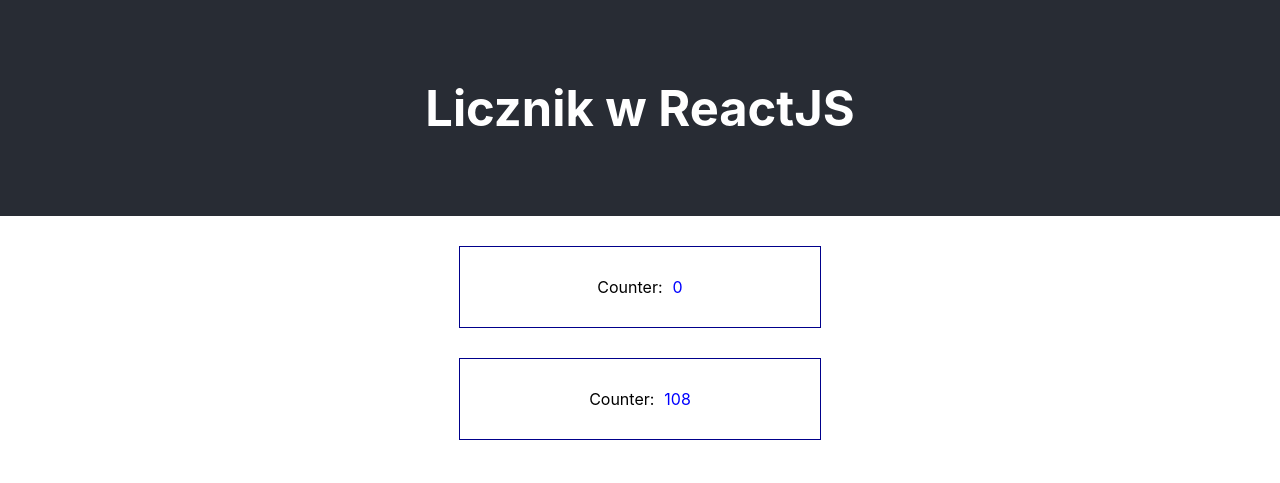
Repository: magdaf41/react-counter-app
Page: /
These files come from the project's save history. The page is drawn as it stood at one moment and after a run of saves; the edit follows.
The browser window is 1280 px wide. The pictures show the whole page.
The project was rebuilt for these pictures with package versions that can differ from the ones it lists, and the page was loaded fresh each time.

Above is the page before, as saved 2020-10-04 13:06:37.

After the next 3 saves:
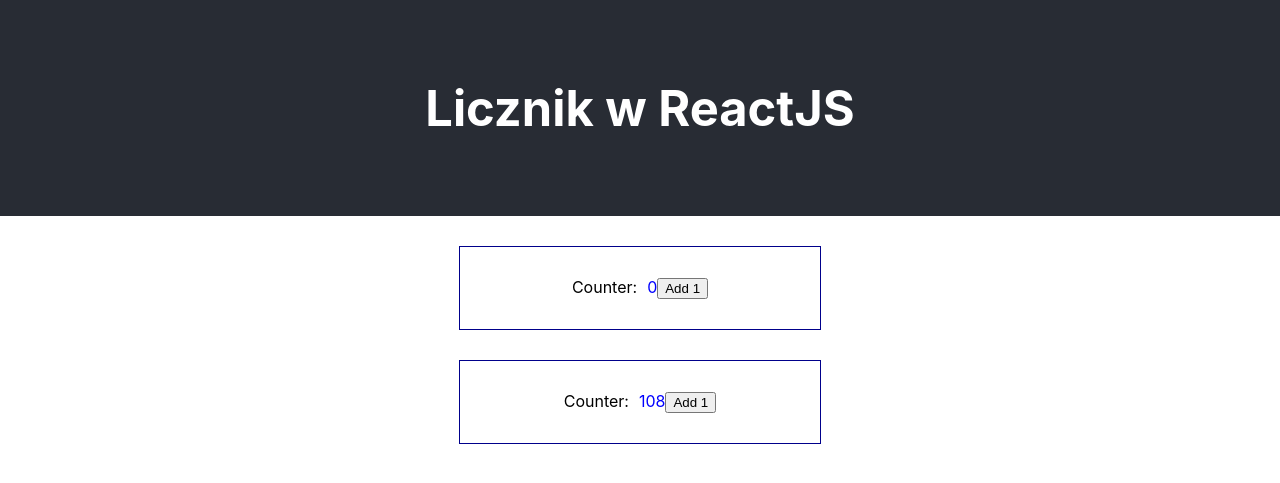
The 3 saves are shown as one change because 2 did not build or start.
The last was saved 3 min 38 s later.
--- a/src/Counter.js
+++ b/src/Counter.js
@@ -12,6 +12,9 @@
         };
     }
 
+    changeValue = () => {
+        console.log(`changeValue clicked!`);
+    }
     render() {
 
         return (
@@ -20,6 +23,9 @@
                 <span className="value">
                     {this.props.initValue}
                 </span>
+                <button onClick={this.changeValue}>
+                    Add 1
+                </button>
             </div>
         );
     }
